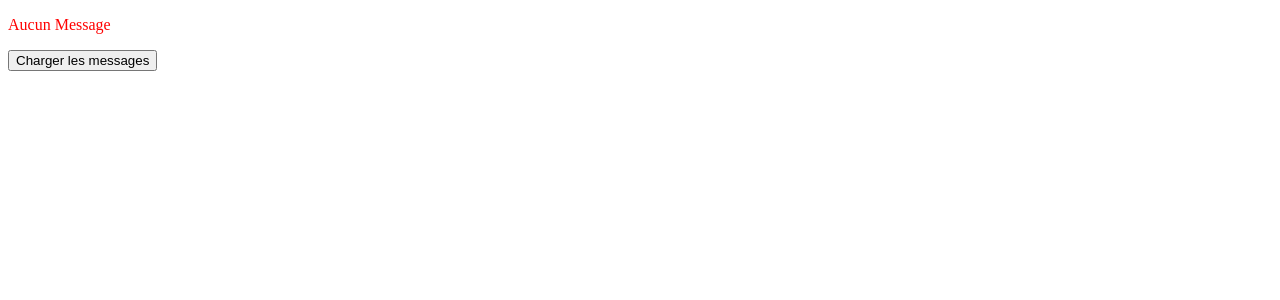
Repository: Symfomany/demoredux
Page: /
An editor plug-in stored every save of this project. The page is shown before and after the next save, followed by the edit.
The browser window is 1280 px wide. The pictures show the whole page.
The project was rebuilt for these pictures with package versions that can differ from the ones it lists, and the page was loaded fresh each time.

Above is the page before, as saved 2018-07-01 19:37:17.

### src/index.js
import React from "react";
import ReactDOM from "react-dom";
import App from "./components/App";
import registerServiceWorker from "./registerServiceWorker";

import { Provider } from "react-redux";
import configureStore from "./store";

// Le provider de redux va fournir le Store pour l'ensemble de nos
// composants
ReactDOM.render(
  <Provider store={configureStore()}>
    <App />
  </Provider>,
  document.getElementById("root")
);
registerServiceWorker();

### src/components/App.js
import React, { Component } from "react";
import MessagesContainer from "../containers/MessagesContainer";

class App extends Component {
  render() {
    return (
      <div>
        <MessagesContainer />
      </div>
    );
  }
}

export default App;

### src/store/index.js
// Créer un Store à partir de la combinaison de Reducers
import { createStore, applyMiddleware } from "redux";
import rootReducer from "../reducers";
import thunk from "redux-thunk";
import { composeWithDevTools } from "redux-devtools-extension";

// Configurer notre arbre de vérite = Store
export default function configureStore() {
  return createStore(rootReducer, composeWithDevTools(applyMiddleware(thunk)));
  //applyMiddleware(thunk)
  // Synchronise le Debuger Chrome Devtools Redux
}

### src/containers/MessagesContainer.js
import React, { Component } from "react";
import { connect } from "react-redux";
import { getMessagesAction, removeAction } from "../actions";
import Messages from "../components/Messages";

class MessagesContainers extends Component {
  constructor(props) {
    super(props);
    this.state = {};
    this.charger = this.charger.bind(this);
    this.remove = this.remove.bind(this);
  }
  charger() {
    this.props.getMessages();
  }
  remove(id) {
    this.props.removeMessage(id);
  }

  render() {
    return (
      <Messages
        remove={this.remove}
        charger={this.charger}
        messages={this.props.messages}
      />
    );
  }
}

// 1. charger depuis le Store de Redux des données en proriétés
const mapStateToProps = state => ({
  messages: state.MessagesReducer.messages
});

// 2. charger les actions de redux en proriétés
const mapDispatchToProps = dispatch => ({
  getMessages: () => dispatch(getMessagesAction()),
  removeMessage: id => dispatch(removeAction(id))
});

export default connect(
  mapStateToProps,
  mapDispatchToProps
)(MessagesContainers);

### src/reducers/index.js
// Combiner l'ensemble des reducers pour former un Store
import { combineReducers } from "redux";
import MessagesReducer from "./MessagesReducer";

// Combiner les Reducers en vue de créer un Store
// RootReducer constitue le reducer racine qui va être
// utiliser dans mon Store
const RootReducer = combineReducers({
  MessagesReducer
});

export default RootReducer;

### src/actions/index.js
import { MESSAGES_LIST, MESSAGES_REMOVE, MESSAGES_ADD } from "../constants";

// Toutes les actions utilisateurs sur l'UI

export const getMessagesAction = () => dispatch => {
  return dispatch({
    type: MESSAGES_LIST
  });
};

export const removeAction = id => dispatch => {
  return dispatch({
    type: MESSAGES_REMOVE,
    id
  });
};

export const addAction = text => dispatch => {
  return dispatch({
    type: MESSAGES_ADD,
    text
  });
};

### src/components/Messages.js
import React, { Component } from "react";

class Messages extends Component {
  constructor(props) {
    super(props);
    this.state = {};
  }
  render() {
    return (
      <div>
        {this.props.messages.length > 0 ? (
          this.props.messages.map(message => (
            <p key={message.id}>
              {message.content}
              <button onClick={e => this.props.remove(message.id)}>
                Supprimer
              </button>
            </p>
          ))
        ) : (
          <div>
            <p style={{ color: "red" }}>Aucun Message</p>
            <button onClick={this.props.charger}>Charger les messages</button>
          </div>
        )}
      </div>
    );
  }
}

export default Messages;

### src/reducers/MessagesReducer.js
import { MESSAGES_LIST, MESSAGES_REMOVE } from "../constants";

// State initial pour le Reducers des messagges
const initialState = {
  messages: [
    { id: 1, content: "Mon Premier Message" },
    { id: 2, content: "Mon Second Message" },
    { id: 3, content: "Mon Troisième Message" }
  ]
};

// Reducer =  State + Action

export default (state = initialState, action) => {
  switch (action.type) {
    case MESSAGES_LIST:
      return initialState;
    case MESSAGES_REMOVE:
      const messages = state.messages.filter(elt => elt.id !== action.id);
      return { messages };
    default:
      return {
        messages: []
      };
  }
};

### src/constants/index.js
// Un ensemble de constantes qui seront partagées en
// les Actions et les Reducers
// IL Y AURA QUE DES CONSTANTES EXPORTEES

// Messages que l'on va lister
export const MESSAGES_LIST = "MESSAGES_LIST";
export const MESSAGES_REMOVE = "MESSAGES_REMOVE";
export const MESSAGES_ADD = "MESSAGES_ADD";

### src/components/AddMessage.js
import React, { Component } from "react";

class AddMessage extends Component {
  constructor(props) {
    super(props);
    this.state = {};
  }
  render() {
    return (
      <form>
        <textarea class="form-control" />
      </form>
    );
  }
}

export default AddMessage;

Loaded but not shown: public/index.html (common file); src/registerServiceWorker.js (common file)

After the next save:
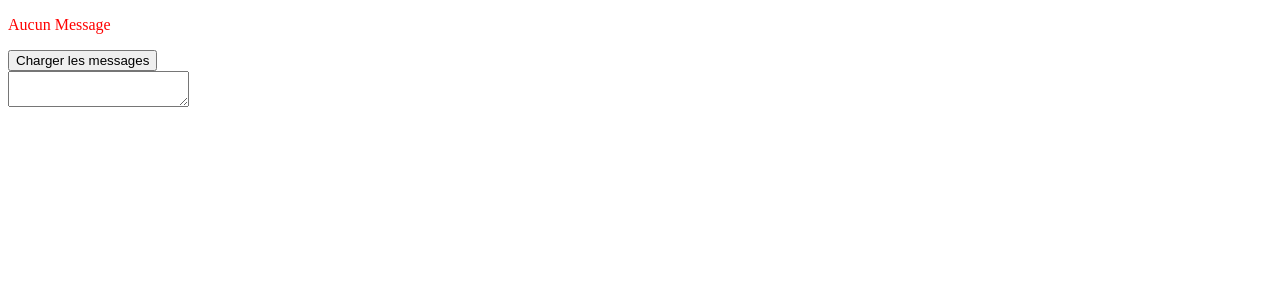
Saved 21 s later.
--- a/src/containers/MessagesContainer.js
+++ b/src/containers/MessagesContainer.js
@@ -2,6 +2,7 @@ import React, { Component } from "react";
 import { connect } from "react-redux";
 import { getMessagesAction, removeAction } from "../actions";
 import Messages from "../components/Messages";
+import AddMessage from "../components/AddMessage";
 
 class MessagesContainers extends Component {
   constructor(props) {
@@ -19,11 +20,14 @@ class MessagesContainers extends Component {
 
   render() {
     return (
-      <Messages
-        remove={this.remove}
-        charger={this.charger}
-        messages={this.props.messages}
-      />
+      <div>
+        <Messages
+          remove={this.remove}
+          charger={this.charger}
+          messages={this.props.messages}
+        />
+        <AddMessage />
+      </div>
     );
   }
 }
